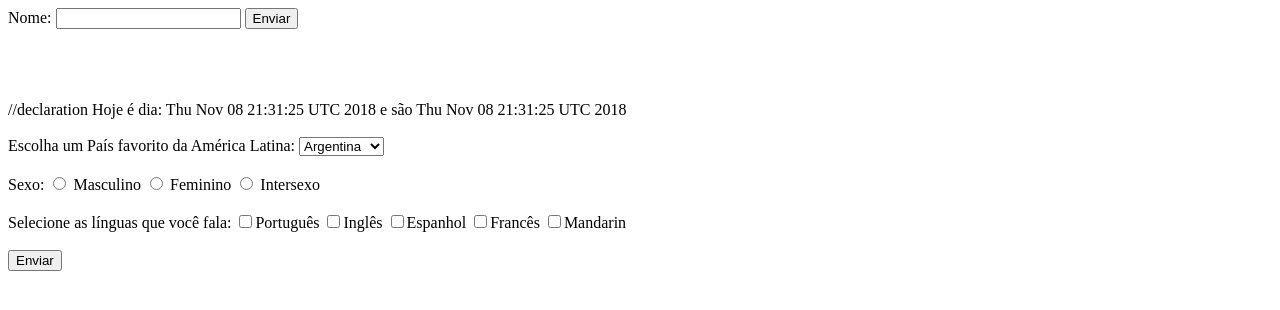
Repository: cassiahh/PWE
Page: http://localhost/Topico1/Formulario.jsp
The author's editor kept a copy of each file at every save. The page is drawn from the files as they stood at one save, then again after the next save.
The browser window is 1280 px wide. The pictures show the whole page.
The page is served by Tomcat 9. Other server files are loaded and not shown.

Above is the page before, as saved 2018-11-08 23:37:19.

### Topico1/WebContent/Formulario.jsp

<%@ page language="java" contentType="text/html; charset=utf-8"
    pageEncoding="utf-8"%>
<%@ page import="java.util.Date" %>
<!DOCTYPE html>
<html>
<head>
<meta charset="utf-8">
<title>Formulário Politicamente Correto</title>
</head>
<body>

<form action="Formulario.jsp" method="post">
 	Nome: <input type="text" name="nome" />
	<input type="submit" value="Enviar" /><br/>

</form>
<br/><br/>

<% //scriplet
String nome = request.getParameter("nome");
if(nome!=null)
out.print("Bem vindo(a), "+nome+"!");
%>
<br/><br/>
//declaration
Hoje é dia: <%= new Date() %>
 e são <%= new Date() %>
<br/><br/>


<form action="Dados.jsp">
Escolha um País favorito da América Latina:
	<select name="pais">
		<option>Argentina</option>
		<option>Bolivia</option>
		<option>Brasil</option>
		<option>Chile</option>
		<option>Paraguai</option>
		<option>Uruguai</option>
		<option>Venezuela</option>
	</select>
<br/><br/>
Sexo:
	<input type="radio" name="sexo" value="Masculino"/> Masculino
	<input type="radio" name="sexo" value="Feminino"/> Feminino
	<input type="radio" name="sexo" value="Intersexo"/> Intersexo
<br/><br/>

Selecione as línguas que você fala:
	<input type="checkbox" name="linguas" value="português" />Português
	<input type="checkbox" name="linguas" value="inglês" />Inglês
	<input type="checkbox" name="linguas" value="espanhol" />Espanhol
	<input type="checkbox" name="linguas" value="francês" />Francês
	<input type="checkbox" name="linguas" value="chinês" />Mandarin

	<br/><br/>

	<input type="submit" value="Enviar"/>
</form>

</body>
</html>

After the next save:
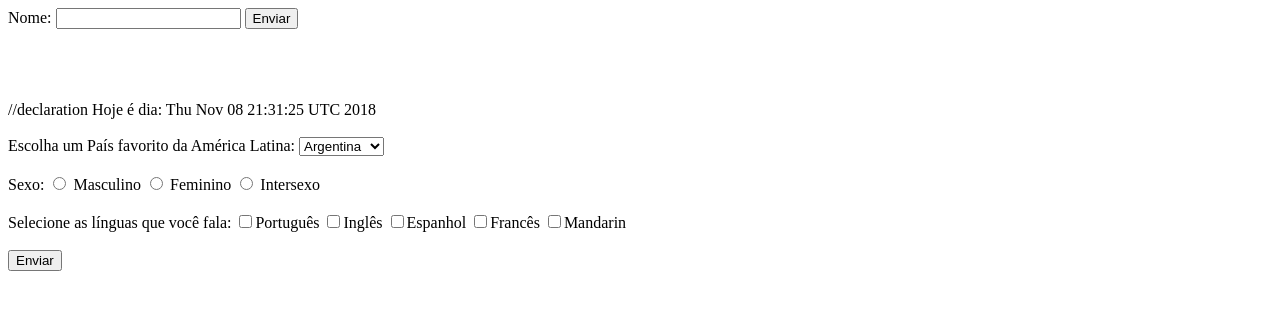
Saved 81 s later.
--- a/Topico1/WebContent/Formulario.jsp
+++ b/Topico1/WebContent/Formulario.jsp
@@ -25,7 +25,7 @@ out.print("Bem vindo(a), "+nome+"!");
 <br/><br/>
 //declaration
 Hoje é dia: <%= new Date() %>
- e são <%= new Date() %>
+<!-- e são <%= new Date() %> -->
 <br/><br/>
 
 
